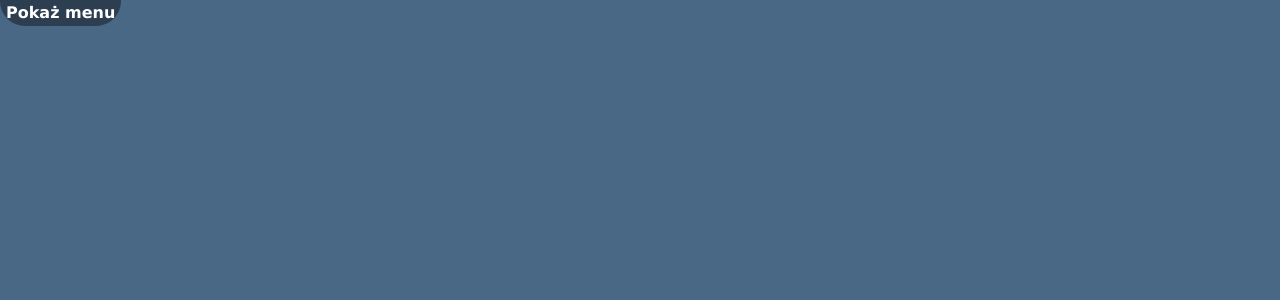
Repository: K4ziWolf/kazi
Page: /
These files come from the project's save history. The page is drawn as it stood at one moment and after the next save; the edit follows.
The browser window is 1280 px wide. The pictures show the whole page.
The project was rebuilt for these pictures with package versions that can differ from the ones it lists, and the page was loaded fresh each time. Also part of the build but not shown: vue.config.js, src/components/menu_screen.vue, src/components/login_screen.vue, src/components/option_screen.vue.

Above is the page before, as saved 2023-10-20 21:20:12.

### src/App.vue
<template>
<body>
  <section>
  <div id="container">
    <div class="x-btn"><button class="xd-btn" v-bind:class="open_menu_button " @click="showMenuScreen">Pokaż menu</button>
      <menu_screen v-if="isMenuScreenVisible" @hide-menu-screen="hideMenuScreen" @show-login-screen="showLoginScreen" @change-theme="changeTheme" @option-open="optionOpener">
    </menu_screen>

    <div> <!--menu_scree i login_screen odpowiedzialne są za pokazywanie się tych komponentów-->
      <login_screen v-if="isLoginScreenVisible" @hide-login-screen="hideLoginScreen">
      </login_screen>
    </div>
    <option_screen v-if="isOptionScreenVisible" @hide-option-screen="HideOptionScreen">
      </option_screen>
  </div>
  </div>
  </section>
</body>
</template>

<script>
import menu_screen from './components/menu_screen.vue';
import login_screen from './components/login_screen.vue';
import option_screen from './components/option_screen.vue';
export default {
  components: {
    menu_screen,
    login_screen,
    option_screen,
  },
  data() {
    return {
      open_menu_button: "show",
      open_login_button: "show",
      isLoginScreenVisible: false,
      isMenuScreenVisible: false,
      changecolor:0,
      isOptionScreenVisible: false,
    };
  },
  methods: {
    optionOpener(){
      this.isOptionScreenVisible = true;
    },
    HideOptionScreen(){
      setTimeout(() => {
      this.isOptionScreenVisible = false;
      }, 1000);
    },
    changeTheme() {
        this.changecolor += 1;
      if (this.changecolor % 2 === 0) {
        document.body.style.backgroundColor = 'blue';
      } else {
        document.body.style.backgroundColor = 'red';
      }
    },
    showMenuScreen() { //funkcja pokazująca menu
      this.isMenuScreenVisible = true;
      this.open_menu_button = "hidden";
      this.open_login_button = "show";
    },
    hideMenuScreen() {
      setTimeout(() => { //timeout aby animacja była płynna
        this.open_menu_button = "show";
        this.isMenuScreenVisible = false;
      }, 1200);
    },
    showLoginScreen() {
      this.isLoginScreenVisible = true;
      setTimeout(() => {
      this.isMenuScreenVisible = false;
      }, 1000);
    },
    hideLoginScreen() {
      setTimeout(() => {
        this.open_login_button = "show";
        this.open_menu_button ='show'
        this.isLoginScreenVisible = false;
      }, 1500);
    },
  },
};
</script>

<style>
@import '/src/style.css';

#app {
  font-family: Avenir, Helvetica, Arial, sans-serif;
  -webkit-font-smoothing: antialiased;
  -moz-osx-font-smoothing: grayscale;
  text-align: center;
  color: #2c3e50;
}
.show {
  opacity: 1;
  animation: show_button 0.4s;
}
@keyframes show_button {
  from {
    opacity: 0;
  }
  to {
    opacity: 1;
  }
}
.hidden {
  animation: hide_button 0.4s;
  opacity: 0;
}
@keyframes hide_button {
  from {
    opacity: 1;
  }
  to {
    opacity: 0;
  }
}
body { /*testy moje do zmiany */
  height: 100%;
  width: 100%;
  background-color: rgb(127, 247, 207);
}
.x-btn {
  background-color: rgb(61, 61, 61);
  justify-content: left;
  text-align: left;

}
.xd-btn {
  text-decoration: none;
  border: none;
  font-family: Verdana, Geneva, Tahoma, sans-serif;
  background-color: #2c3e50;
  border-bottom-left-radius: 25px;
  border-bottom-right-radius: 25px;
  color: white;
  font-weight: bolder;
  position: absolute;
  justify-content: left;
}
html {
  background-color: #496886;
}
</style>

### src/style.css
template {
    background-color: aqua;
}

Loaded but not shown: public/index.html (common file); src/main.js (common file)

After the next save:
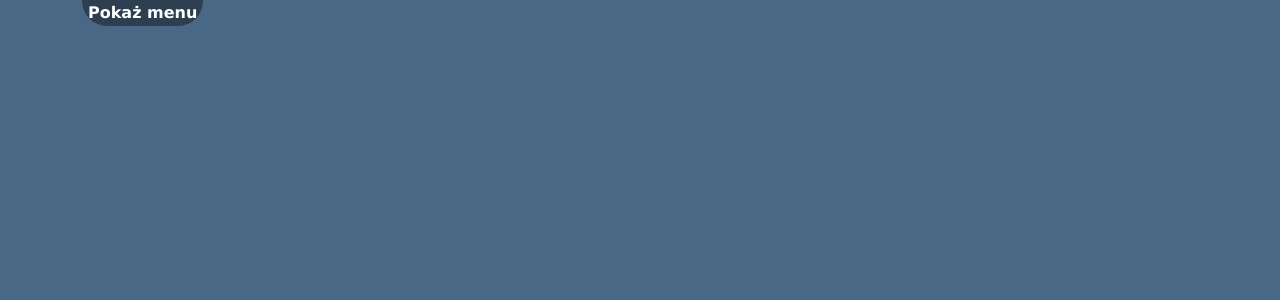
Saved 9 s later.
--- a/src/App.vue
+++ b/src/App.vue
@@ -1,7 +1,8 @@
 <template>
 <body>
   <section>
-  <div id="container">
+  <div class="container">
+
     <div class="x-btn"><button class="xd-btn" v-bind:class="open_menu_button " @click="showMenuScreen">Pokaż menu</button>
       <menu_screen v-if="isMenuScreenVisible" @hide-menu-screen="hideMenuScreen" @show-login-screen="showLoginScreen" @change-theme="changeTheme" @option-open="optionOpener">
     </menu_screen>

After the save that followed:
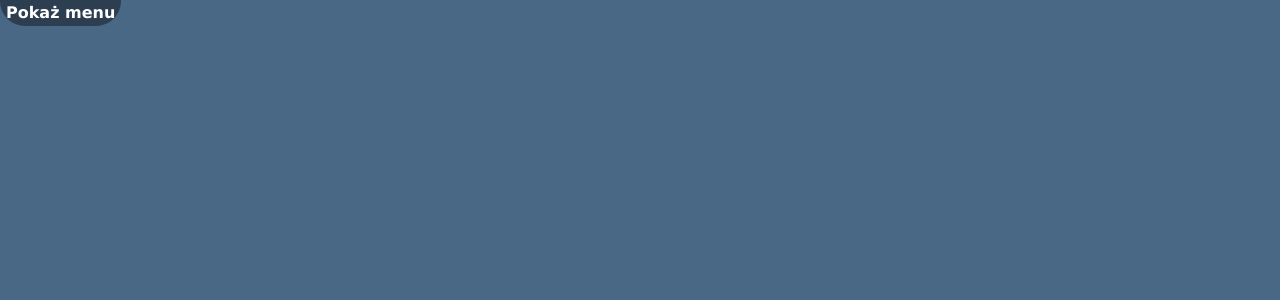
Saved 5 s later.
--- a/src/App.vue
+++ b/src/App.vue
@@ -1,7 +1,7 @@
 <template>
 <body>
   <section>
-  <div class="container">
+  <div id="container">
 
     <div class="x-btn"><button class="xd-btn" v-bind:class="open_menu_button " @click="showMenuScreen">Pokaż menu</button>
       <menu_screen v-if="isMenuScreenVisible" @hide-menu-screen="hideMenuScreen" @show-login-screen="showLoginScreen" @change-theme="changeTheme" @option-open="optionOpener">
